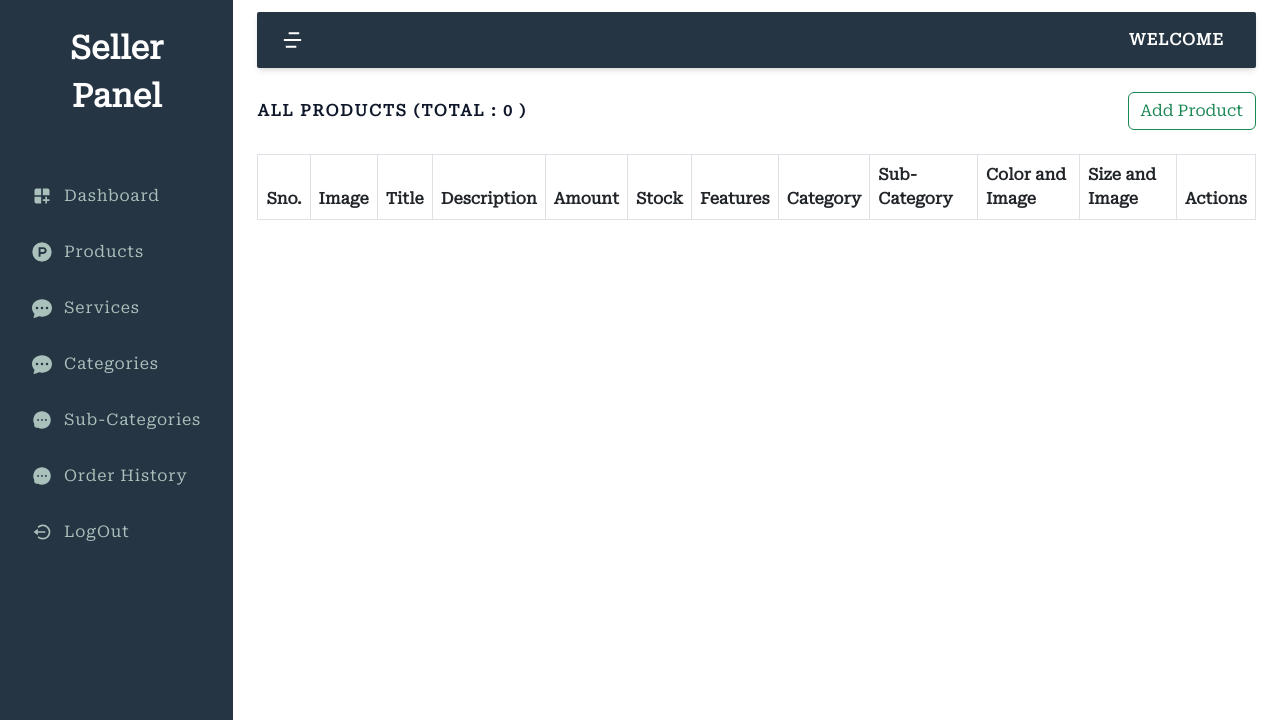
Repository: FlyweisReact/Arun-Chauhan
Page: /vendor/products
An editor plug-in stored every save of this project. The page is shown before and after the next save, followed by the edit.
The browser window is 1280 px wide. The pictures show the whole page.
The page's requests for data from a server got no answer. Some web libraries are served in a nearby version. The project was rebuilt for these pictures with package versions that can differ from the ones it lists, and the page was loaded fresh each time. No one was signed in, and anything a server would have sent is missing. Also part of the build but not shown: src/AdminPanel/layout/Navbar.jsx, src/AdminPanel/layout/Sidebar.jsx, src/AdminPanel/layout/HOC.jsx, src/AdminPanel/pages/Privacy.js, src/AdminPanel/pages/Category.js, src/AdminPanel/pages/FeedBack.js, src/AdminPanel/pages/TermsCon.js, src/AdminPanel/pages/HelpSupport.js and 24 more.

Above is the page before, as saved 2023-04-14 18:03:26.

After the next save:
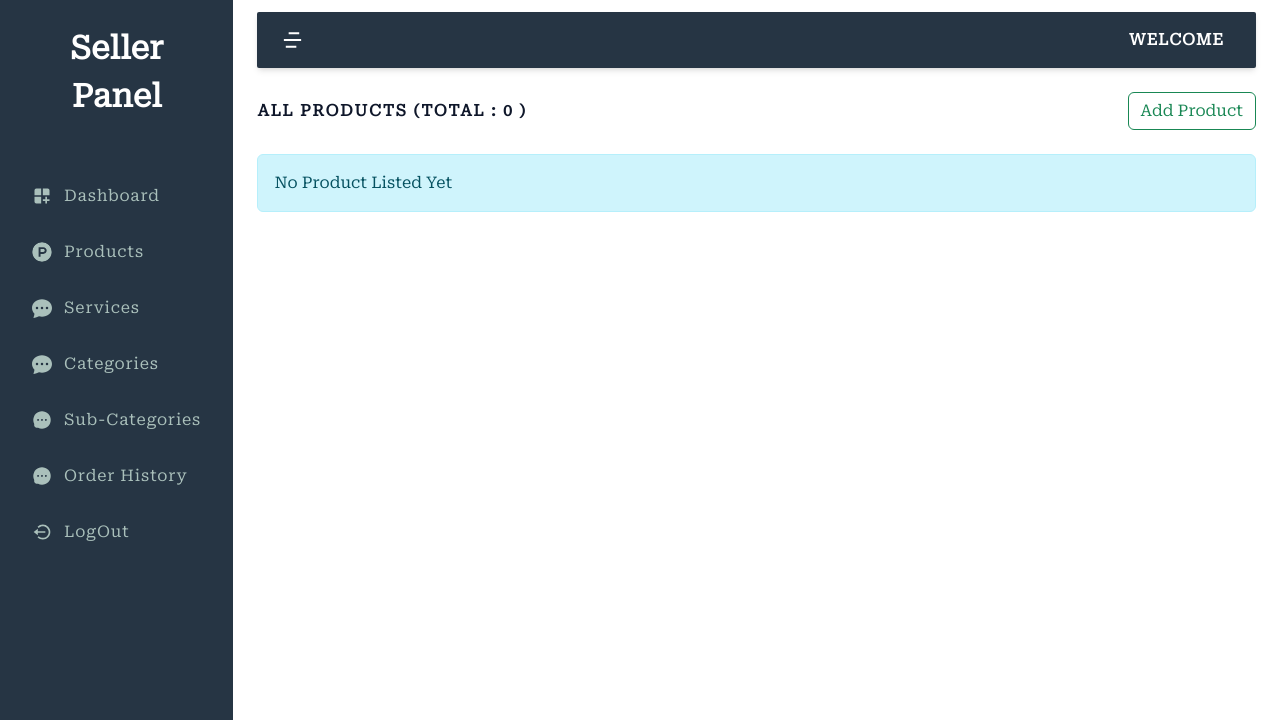
Saved 4 s later.
--- a/src/VendorPanel/pages/VendorProducts.js
+++ b/src/VendorPanel/pages/VendorProducts.js
@@ -301,7 +301,7 @@ const VendorProducts = () => {
         </div>
 
 
-        {data === 0 ? (
+        {data?.length === 0 ? (
           <Alert variant="info">No Product Listed Yet</Alert>
         ) : (
         <div style={{ maxWidth: "100%", overflow: "auto" }}>
